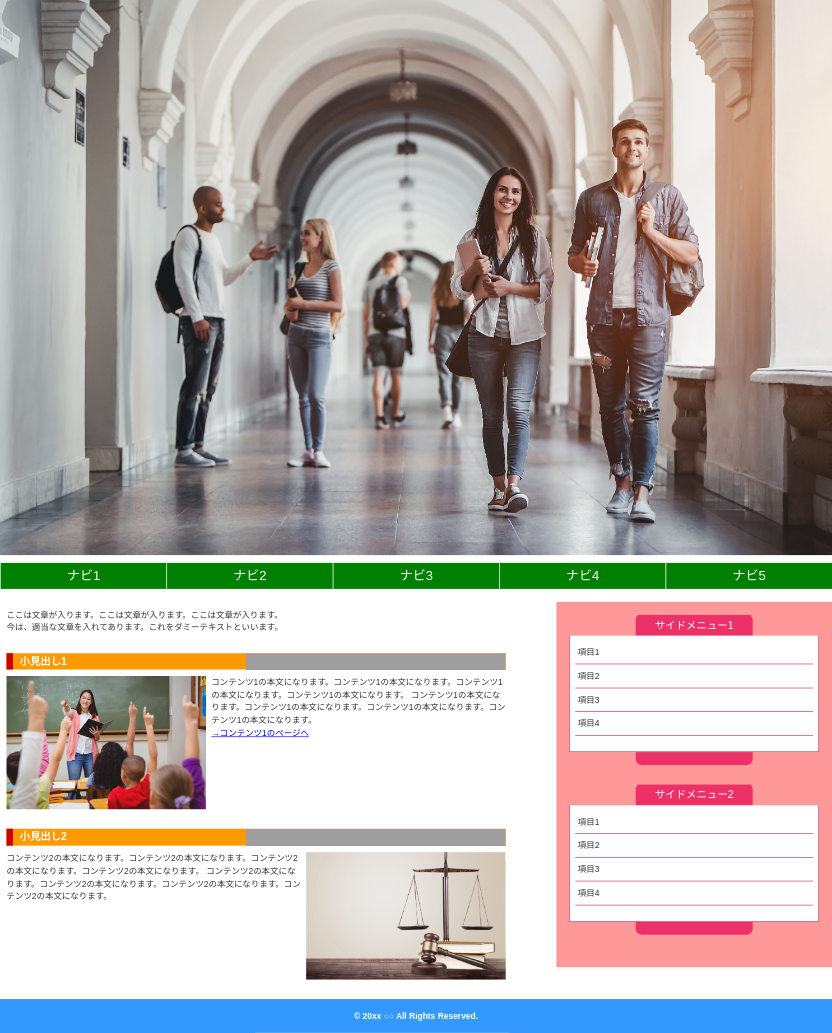
Repository: xki7-ko/samurai_HTML-CSS
Page: home.html
The author's editor kept a record of every edit. The page is drawn from the files as they stood at one moment, then again after the next edit.
The browser window is 1280 px wide. The pictures show the whole page, at 65% of full size.
Pictures or frames that could not be fetched are drawn as grey boxes.

Above is the page before.

### home.html
<!DOCTYPE html>
<html lang="ja">
    <head>
        <meta charset="UTF-8">
        <title>HTML/CSSの学習</title>
        <link rel="stylesheet" href="stylesheet.css">
    </head>
    <body>
        <div id="header">
            <h1><a href="index.html"><img id="corridor" src="images/corridor.jpg" alt="大学の廊下" /></a></h1>
        </div>
        <div id="wrapper">
            <div id="nav">
                <ul>
                    <li><a href="home.html">ナビ1</a></li>
                    <li><a href="#">ナビ2</a></li>
                    <li><a href="#">ナビ3</a></li>
                    <li><a href="#">ナビ4</a></li>
                    <li><a href="#">ナビ5</a></li>
                </ul>
            </div>
            <div id="container">
                <div id="main">
                    <div class="post">
                        <p>ここは文章が入ります。ここは文章が入ります。ここは文章が入ります。<br />今は、適当な文章を入れてあります。これをダミーテキストといいます。</p>
                    </div>
                    <div class="post clearfix">
                        <h2>小見出し1</h2>
                        <img class="left" src="images/classroom.jpg" alt="授業風景" />
                        <p>
                            コンテンツ1の本文になります。コンテンツ1の本文になります。コンテンツ1の本文になります。コンテンツ1の本文になります。
                            コンテンツ1の本文になります。コンテンツ1の本文になります。コンテンツ1の本文になります。コンテンツ1の本文になります。
                        </p>
                        <P><a href="#">→コンテンツ1のページへ</a></P>
                    </div>
                    <div class="post clearfix">
                        <h2>小見出し2</h2>
                        <img class="right" src="images/scale.jpg" alt="天秤" />
                        <p>
                            コンテンツ2の本文になります。コンテンツ2の本文になります。コンテンツ2の本文になります。コンテンツ2の本文になります。
                            コンテンツ2の本文になります。コンテンツ2の本文になります。コンテンツ2の本文になります。コンテンツ2の本文になります。
                        </p>
                    </div>
                </div>
                <div id="side">
                    <div class="box">
                        <h2>サイドメニュー1</h2>
                        <div class="boxBody">
                            <ul>
                                <li>項目1</li>
                                <li>項目2</li>
                                <li>項目3</li>
                                <li>項目4</li>
                            </ul>
                        </div>
                    </div>
                    <div class="box">
                        <h2>サイドメニュー2</h2>
                        <div class="boxBody">
                            <ul>
                                <li>項目1</li>
                                <li>項目2</li>
                                <li>項目3</li>
                                <li>項目4</li>
                            </ul>
                        </div>
                    </div>
                </div>
            </div>
        </div>
        <div id="footer">
            <p>&copy; 20xx ○○ All Rights Reserved.</p>
        </div>
    </body>
</html>

### stylesheet.css
@charset "utf-8";

body {
    margin: 0;
    padding: 0;
    font-family: "ヒラギノ角ゴ　pro　w3",
    "Hiragino kaku Gothic Pro", "メイリオ",Meiryo,Osaka,
    "MS　Ｐゴシック","MS PGothic", sans-serif;
    color: #333;
    font-size: 13px;
    line-height: 150%;
}

/*--------------- wrapper --------------------*/

#wrapper {
    width: 100%;
    margin: auto;
    padding: 0px;
    border: 0px;
    background-color: #FFF;
    top: 10px;
    position: relative;
}

/*------------ header -------------*/
#header {
    width: 100%;
}
#header h1 {
    margin: 0;
    padding: 0;
}

#corridor {
    width: 100%;
    height: auto;
}

/*------------- footer ------------*/
#footer {
    clear: both;
    width: 100%;
    padding: 3px 0 3px 0;
    background: #39F;
    color: #FFF;
    font-weight: bold;
    text-align: center;
}

/*----------- nav ----------------*/
#nav {
    width: 100%;
}
#nav ul {
	display: flex;
    margin: 0;
    padding: 0;
    list-style-type: none;
}
#nav ul li {
    width: 20%;
    text-align: center;
}
#nav ul li a {
    display: block;
    height: 20px;
    margin: 0;
    padding: 10px;
    color: #FFF;
    font-size: 20px;
    text-decoration: none;
    background-color: green;
    border-left: 1px solid white;
}

#nav ul li a:hover{
	filter: drop-shadow(10px 10px 10px black);
}

/*------------- container ---------------*/
#container {
	width: 100%;
	margin: auto ;
	padding-top: 20px;
	clear: both;
}
/* -------------------- main -------------------- */
#main {
	float: left;
	width: 60%;
	padding: 10px 30px 10px 10px;
}
#main h2 {
	margin: 0 0 10px 0;
	padding: 3px 10px 3px 10px;
	color: #FFF;
	font-size: 16px;
	border-left: solid 10px #C00;
	background: #F90 url(../images/main_h2.jpg) right top repeat-y;
}
#main p {
	margin: 0;
	padding: 0;
}
#main .post {
	margin: 0 0 30px 0;
}

#main .post img.right {
	margin: 0 0 0 8px;
}
#main .post img.left {
	margin: 0 8px 0 0;
}

.right {
	float: right;
	width: 40%;
	height: auto;
}
.left {
	float: left;
	width: 40%;
	height: auto;
}

/* -------------------- clearfix -------------------- */
.clearfix {
	zoom: 1;
}
.clearfix:after{
	content: "";
	display: block;
	clear: both;
}

/* -------------------- side -------------------- */
#side {
	float: right;
	width: 30%;
	padding: 20px;
	background-color: #F99;
}
#side .box {
	margin: 0 auto 30px auto;
	padding: 0 0 20px 0;
	background: url(images/side_box.png) bottom no-repeat;
}
#side .box h2 {
	margin: 0;
	padding: 8px;
	text-align: center;
	color: #FFF;
	font-size: 16px;
	line-height: 16px;
	font-weight: normal;
	background: url(images/side_box_h2.png) center no-repeat;
}
#side .box .boxBody {
	padding: 8px;
	border-right: solid 1px #C36;
	border-bottom: solid 1px #C36;
	border-left: solid 1px #C36;
	background: #FFF;
}
#side .box .boxBody ul {
	margin: 0 0 16px 0;
	padding: 0;
}
#side .box .boxBody ul li {
	padding: 8px 0 8px 4px;
	list-style: none;
	border-bottom: solid 1px #C36;
}

#side .box .boxBody ul li:hover{
	padding: 8px 0 8px 4px;
	list-style: none;
	border-bottom: solid 1px #C36;
	box-shadow: 0px 4px 4px rgba(0,0,0,0.3);
}

After the next edit:
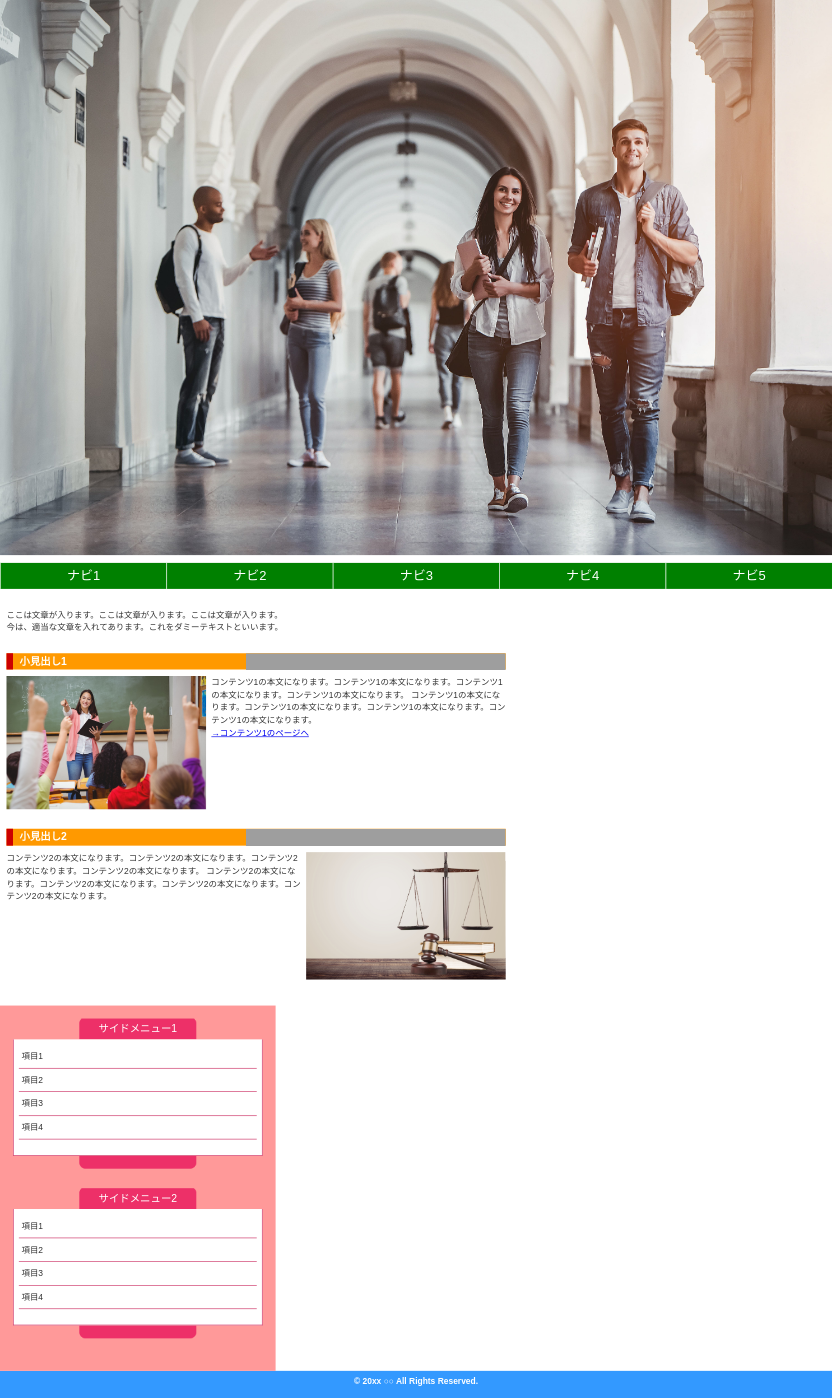
The edit:
--- a/stylesheet.css
+++ b/stylesheet.css
@@ -84,6 +84,7 @@
 	margin: auto ;
 	padding-top: 20px;
 	clear: both;
+	display: grid
 }
 /* -------------------- main -------------------- */
 #main {
